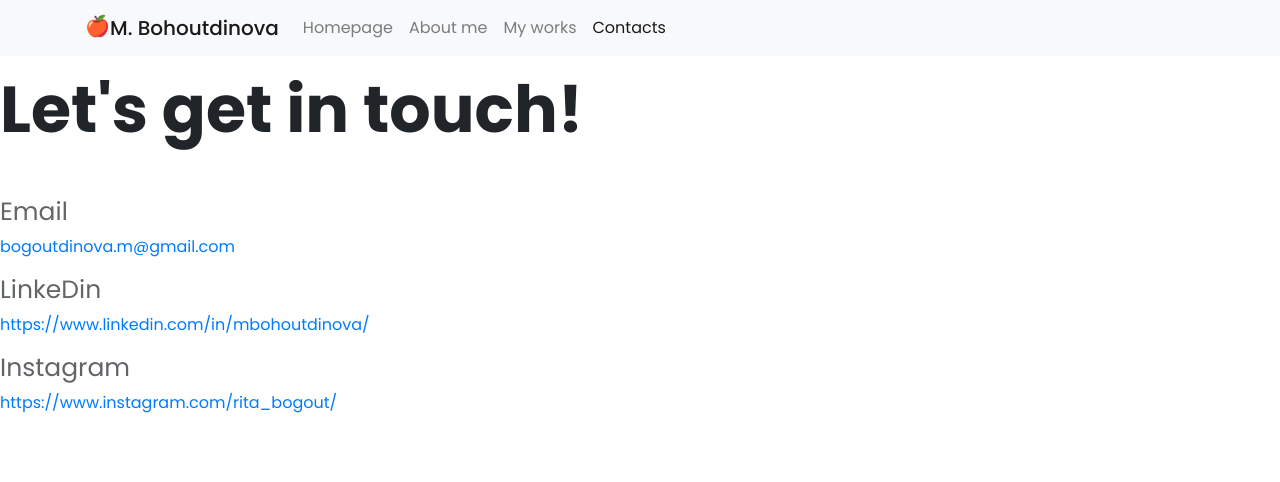
Repository: Bohoutdinova/Portfolio_week-4
Page: contact.html
The author's editor kept a copy of each file at every save. The page is drawn from the files as they stood at one save, then again after the next save.
The browser window is 1280 px wide. The pictures show the whole page.

Above is the page before, as saved 2022-08-15 11:07:56.

After the next save:
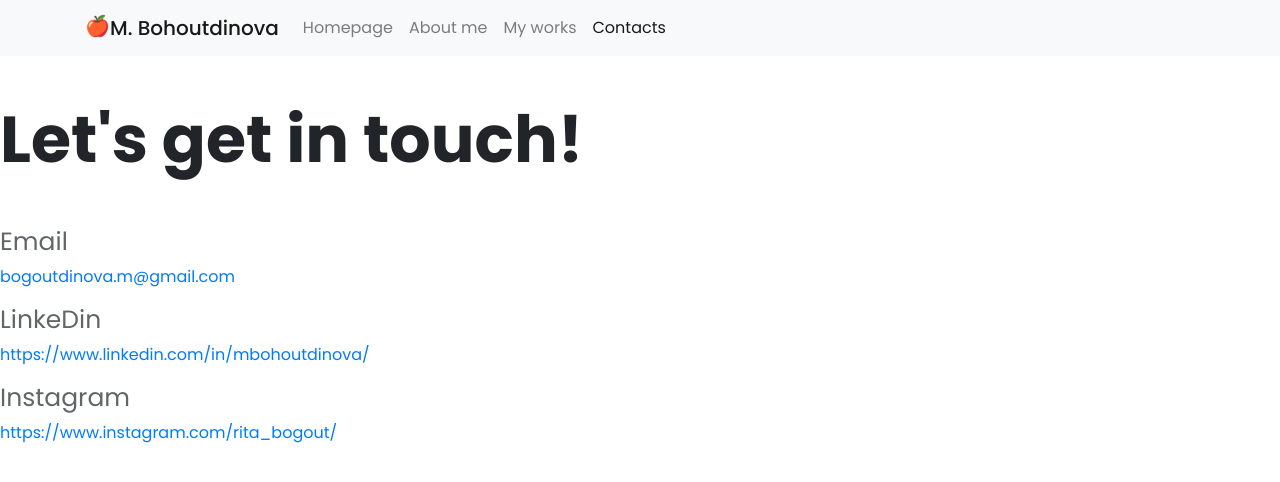
Saved 4 s later.
--- a/src/style.css
+++ b/src/style.css
@@ -121,5 +121,5 @@ img {
   font-size: 12px;
 }
 .contacts-container {
-  margin-top: 15px;
+  margin-top: 45px;
 }
